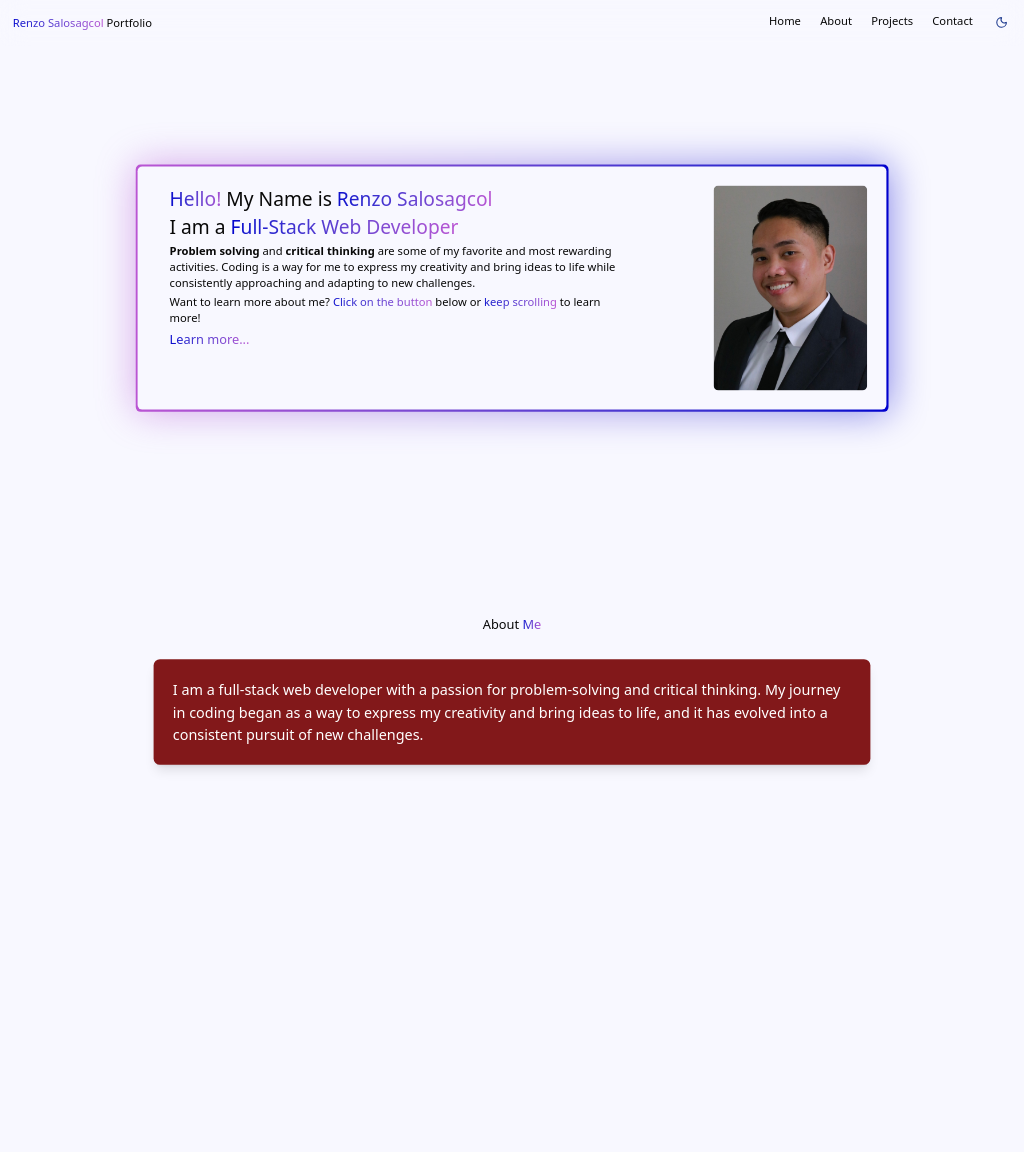
Repository: Renzo-Salosagcol/Updated_Personal_Portfolio
Page: /
These files come from the project's save history. The page is drawn as it stood at one moment and after the next save; the edit follows.
The browser window is 1280 px wide. The pictures show the whole page, at 80% of full size.
The project was rebuilt for these pictures with package versions that can differ from the ones it lists, and the page was loaded fresh each time. Also part of the build but not shown: vite.config.js, src/pages/NotFound.jsx.

Above is the page before, as saved 2025-10-10 12:10:57.

After the next save:
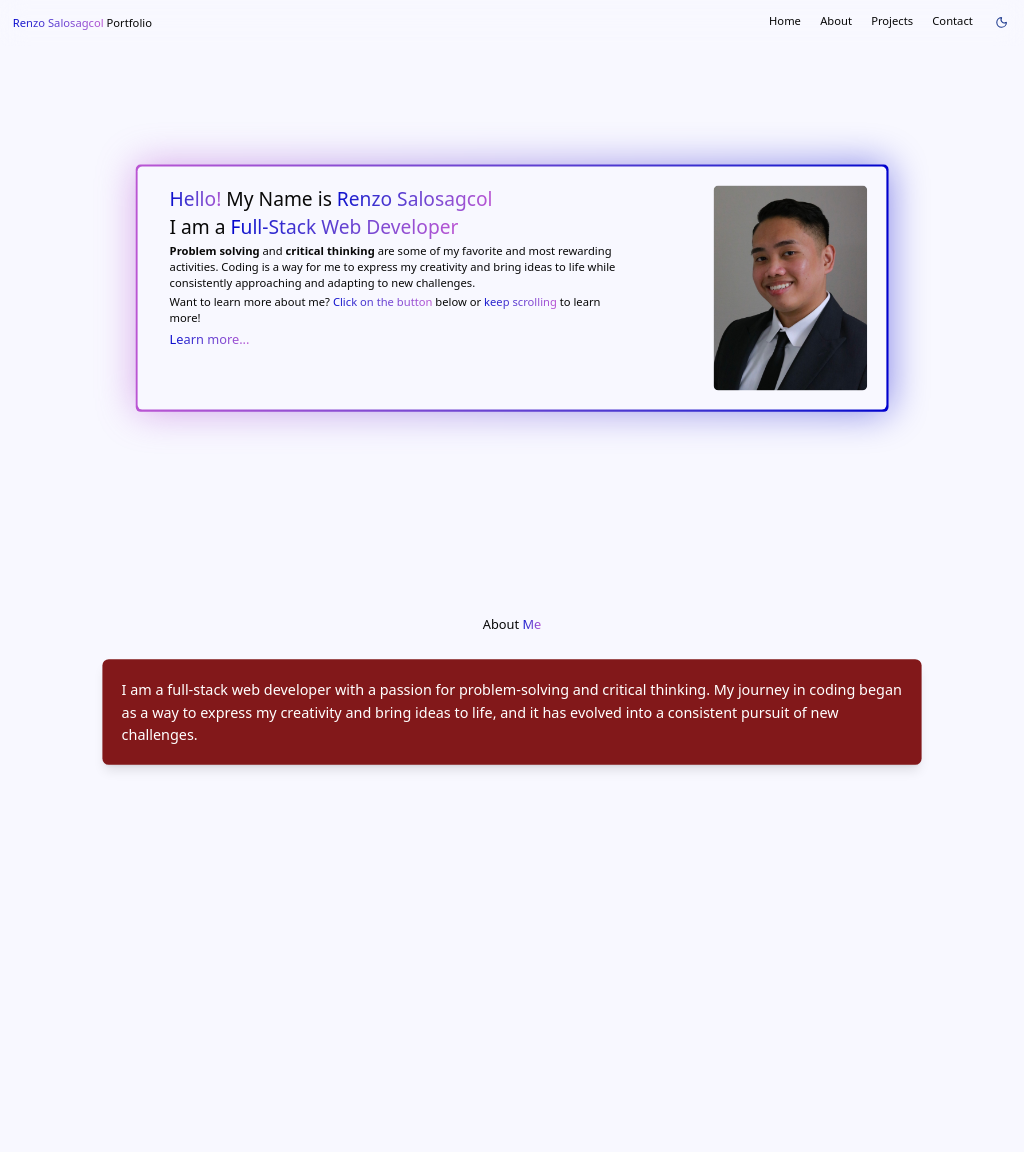
Saved 31 s later.
--- a/src/components/About.jsx
+++ b/src/components/About.jsx
@@ -6,7 +6,7 @@ export const About = () => {
       <div className="top-0 flex items-center justify-center">
         <h1 >About <span className="gradient-text">Me</span></h1>
       </div>
-      <div className="bg-red-900 mx-auto mt-8 max-w-4xl rounded-lg p-6 text-white shadow-lg">
+      <div className="bg-red-900 mx-auto mt-8 max-w-5xl rounded-lg p-6 text-white shadow-lg">
         <p className="text-sm md:text-md lg:text-lg">
           I am a full-stack web developer with a passion for problem-solving and critical thinking. My journey in coding began as a way to express my creativity and bring ideas to life, and it has evolved into a consistent pursuit of new challenges.
         </p>
